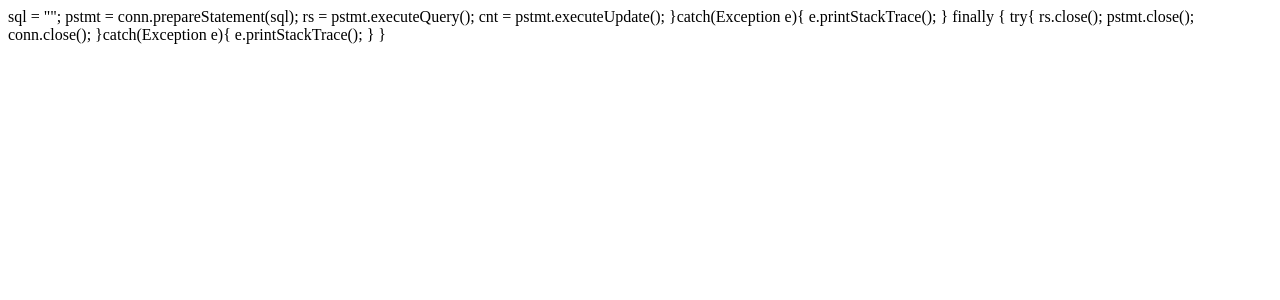
Repository: star-min/jsp_basic
Page: http://localhost/web01/connectClose.jsp
These files come from the project's save history. The page is drawn as it stood at one moment and after the next save; the edit follows.
The browser window is 1280 px wide. The pictures show the whole page.
The page is served by Tomcat 9.

Above is the page before, as saved 2022-04-28 08:13:24.

### jsp1/web01/src/main/webapp/connectClose.jsp
<%@ page language="java" contentType="text/html; charset=UTF-8"
    pageEncoding="UTF-8"%>
<%@ page import="java.sql.*"  %>
	sql = "";
		pstmt = conn.prepareStatement(sql);
		rs = pstmt.executeQuery();
		cnt = pstmt.executeUpdate();
	}catch(Exception e){
		e.printStackTrace();
	} finally {
		try{
			rs.close();
			pstmt.close();
			conn.close();
		}catch(Exception e){
			e.printStackTrace();
		}
	}

After the next save:
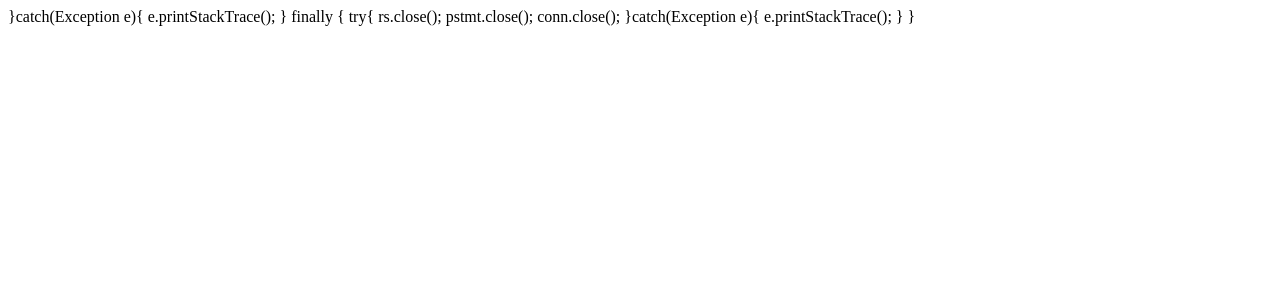
Saved 35 s later.
--- a/jsp1/web01/src/main/webapp/connectClose.jsp
+++ b/jsp1/web01/src/main/webapp/connectClose.jsp
@@ -1,10 +1,7 @@
 <%@ page language="java" contentType="text/html; charset=UTF-8"
     pageEncoding="UTF-8"%>
 <%@ page import="java.sql.*"  %>
-	sql = "";
-		pstmt = conn.prepareStatement(sql);
-		rs = pstmt.executeQuery();
-		cnt = pstmt.executeUpdate();
+
 	}catch(Exception e){
 		e.printStackTrace();
 	} finally {
